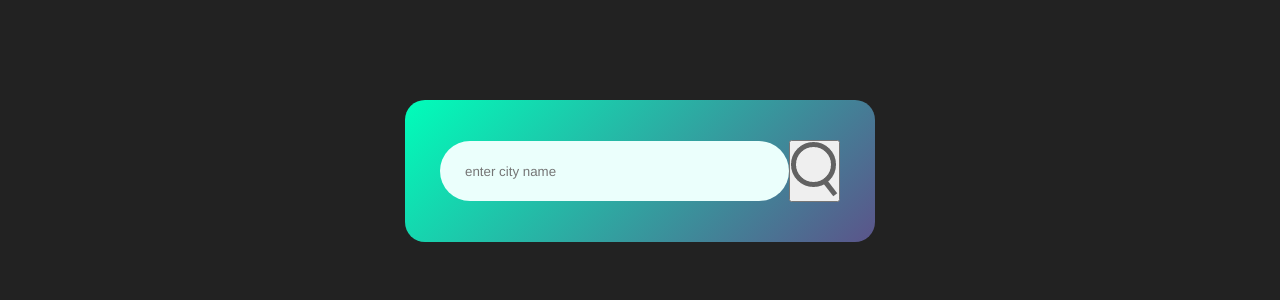
Repository: sodmaq/weatherApp
Page: index.html
An editor plug-in stored every save of this project. The page is shown before and after a run of saves, followed by the edit.
The browser window is 1280 px wide. The pictures show the whole page.

Above is the page before, as saved 2023-06-24 22:05:49.

### index.html
<!DOCTYPE html>
<html lang="en">
  <head>
    <meta charset="UTF-8" />
    <meta name="viewport" content="width=device-width, initial-scale=1.0" />
    <link rel="stylesheet" href="style.css">
    <title>Weather App</title>
  </head>
  <body>
    <div class="card">
      <div class="search">
        <input type="text" placeholder="enter city name" spellcheck="false" />
        <button><img src="images/search.png" alt="search_icon"></button>
      </div>
    </div>
  </body>
</html>

### style.css
* {
  margin: 0;
  padding: 0;
  font-family: "Franklin Gothic Medium", "Arial Narrow", Arial, sans-serif;
  box-sizing: border-box;
}
body {
  background-color: #222;
}

.card {
  width: 90%;
  max-width: 470px;
  background: linear-gradient(135deg,#00feba, #5b548a);
  color: #fff;
  margin: 100px auto 0;
  border-radius: 20px;
  padding: 40px 35px;
  text-align: center;
}
.search{
    width: 100%;
    display: flex;
    align-items: center;
    justify-content: space-between;
}

.search input{
    border: 0;
    outline: 0;
    background: #ebfffc;
    color: #555;
    padding: 10px 25px;
    height: 60px;
    border-radius: 30px;
    flex: 1;
    margi
}

After the next 9 saves:
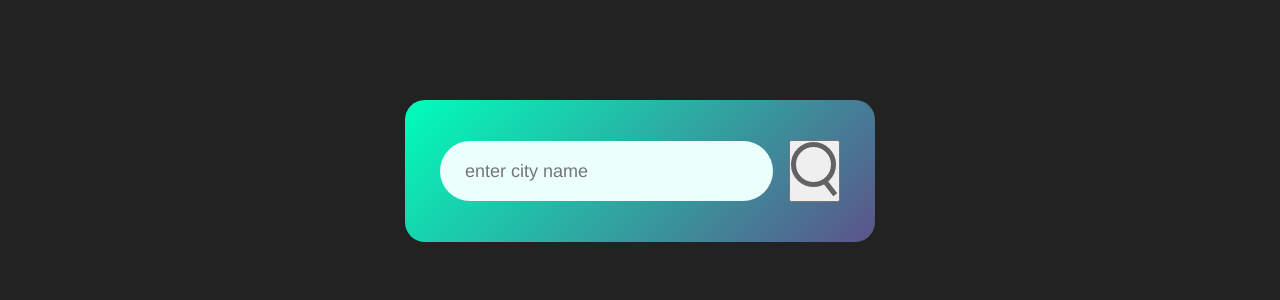
The 9 saves are shown as one change because they came seconds apart.
The last was saved 24 s later.
--- a/style.css
+++ b/style.css
@@ -34,5 +34,6 @@ body {
     height: 60px;
     border-radius: 30px;
     flex: 1;
-    margi
+    margin-right: 16px;
+    font-size: 18px;
 }
